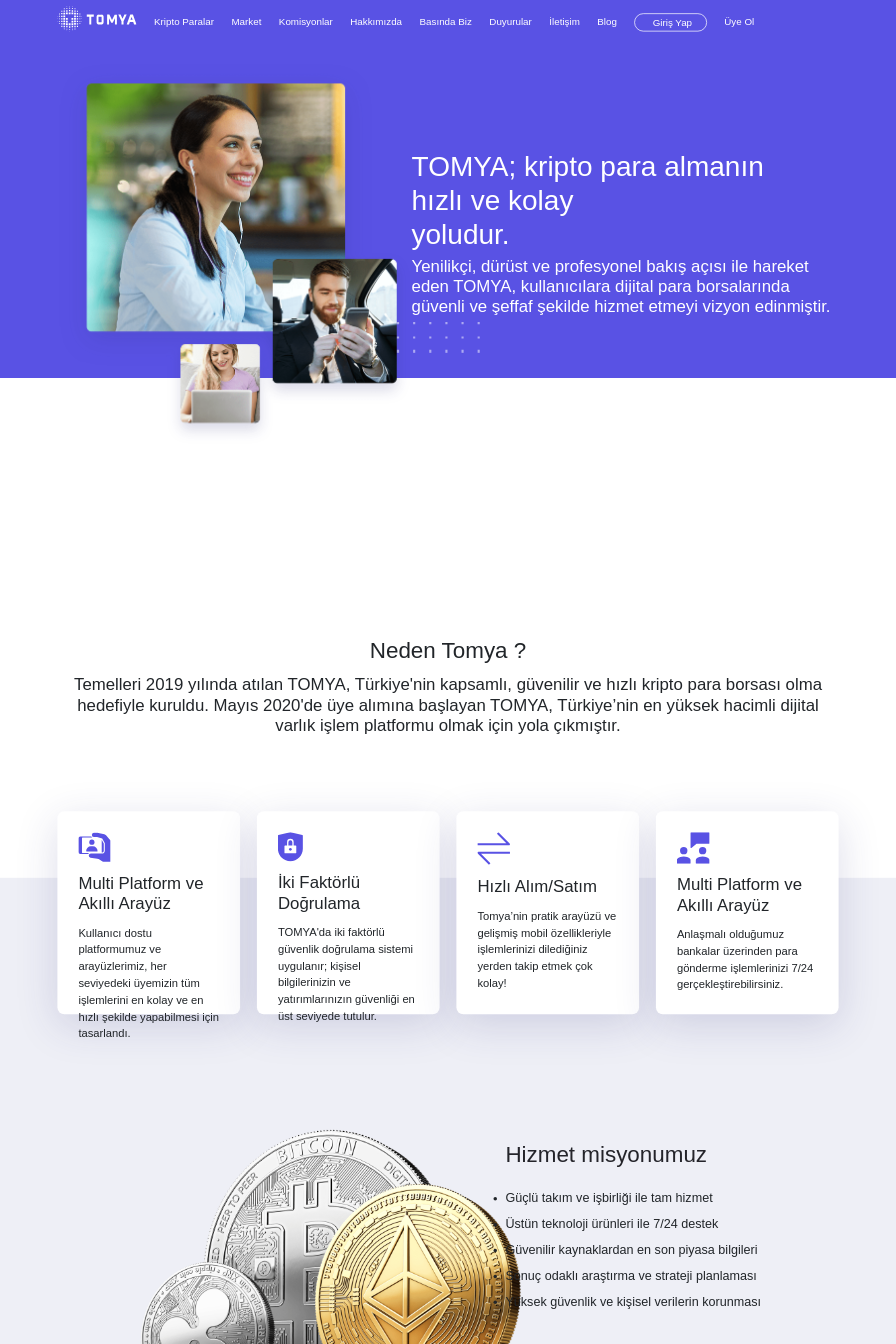
Repository: ezgibayrakli/TomyaProje
Page: index copy.html
These files come from the project's save history. The page is drawn as it stood at one moment and after the next save; the edit follows.
The browser window is 1280 px wide. The pictures show the part of the page from y = 0 to 1920 px (the page is 5181 px tall), at 70% of full size.
Some web fonts or font styles are not loaded; a fallback is used.

Above is the page before, as saved 2023-07-06 13:32:25.

### index copy.html
<!DOCTYPE html>
<html lang="en">
<head>
    <meta charset="UTF-8">
    <meta name="viewport" content="width=device-width, initial-scale=1.0">
    <!-- BOOTSTRAP -->
    <link href="https://cdn.jsdelivr.net/npm/bootstrap@5.1.3/dist/css/bootstrap.min.css" rel="stylesheet" integrity="sha384-1BmE4kWBq78iYhFldvKuhfTAU6auU8tT94WrHftjDbrCEXSU1oBoqyl2QvZ6jIW3" crossorigin="anonymous">
    <link rel="stylesheet" href="style.css">
    <title>Hakkımızda-Tomya</title>
</head>
<body>
    <!-- HEADER START -->
    <section id="header">
        <div class="header">
            <div class="container">
                <nav class="navbar navbar-expand-lg navbar-light">
                    <div class="header-logo">
                        <img src="photo/tomya-logo.svg" alt="">
                    </div>
                    <button class="navbar-toggler" type="button" data-toggle="collapse" data-target="#navbarNavDropdown" aria-controls="navbarNavDropdown" aria-expanded="false" aria-label="Toggle navigation">
                      <span class="navbar-toggler-icon"></span>
                    </button>
                    <div class="collapse navbar-collapse" id="navbarNavDropdown">
                        <ul class="main-menu-header navbar-nav">
                            <li><a href="#">Kripto Paralar</a></li>
                            <li><a href="#">Market</a></li>
                            <li><a href="#">Komisyonlar</a></li>
                            <li><a href="#">Hakkımızda</a></li>
                            <li><a href="#">Basında Biz</a></li>
                            <li><a href="#">Duyurular</a></li>
                            <li><a href="#">İletişim</a></li>
                            <li><a href="#">Blog</a></li>
                            <li class="enter"><a href="#">Giriş Yap</a></li>
                            <li><a href="#">Üye Ol</a></li>
                        </ul>
                    </div>
                  </nav>
                <div class="header-text">
                    <div class="header-about-img">
                        <span class="icons-header"></span>
                        <img src="photo/aboutus-banner.png" alt="">
                    </div>
                    <div class="header-about-text">
                        <h1>TOMYA; kripto para almanın <br> hızlı ve kolay <br> yoludur.</h1>
                        <h4>Yenilikçi, dürüst ve profesyonel bakış açısı ile hareket eden TOMYA, kullanıcılara dijital para borsalarında güvenli ve şeffaf şekilde hizmet etmeyi vizyon edinmiştir.</h4>
                    </div>

                </div>
                </div>
            </div>
        </div>
    </section>
    <!-- HEADER END -->

    <!-- MAIN MENU START -->
    <section id="mainmenu">
        <div class="main-menu">
            <div class="container">
              <h2 class="text-md-center mt-5">Neden Tomya ?</h2>
              <h4 class="text-md-center mt-3">Temelleri 2019 yılında atılan TOMYA, Türkiye'nin kapsamlı, güvenilir ve hızlı kripto para borsası olma hedefiyle kuruldu. Mayıs 2020'de üye alımına başlayan TOMYA, Türkiye’nin en yüksek hacimli dijital varlık işlem platformu olmak için yola çıkmıştır.</h4>
            <div class="row">
                <div class="col-sm-12 col-md-3">
                    <div class="box">
                        <img src="photo/ic-selfie.svg" alt="">
                        <div class="box-text">
                            <h4 class="mt-3">Multi Platform ve Akıllı Arayüz</h4>
                            <p class="mt-3">Kullanıcı dostu platformumuz ve arayüzlerimiz, her seviyedeki üyemizin tüm işlemlerini en kolay ve en hızlı şekilde yapabilmesi için tasarlandı.</p>
                        </div>
                    </div>
                </div>
                <div class="col-sm-12 col-md-3">
                    <div class="box">
                        <img src="photo/ic-privacy.svg" alt="">
                        <div class="box-text">
                            <h4 class="mt-3">İki Faktörlü Doğrulama</h4>
                            <p class="mt-3">TOMYA'da iki faktörlü güvenlik doğrulama sistemi uygulanır; kişisel bilgilerinizin ve yatırımlarınızın güvenliği en üst seviyede tutulur.</p>
                        </div>
                    </div>
                </div>
                <div class="col-sm-12 col-md-3">
                    <div class="box">
                        <img src="photo/ic-sellbuy.svg" alt="">
                        <div class="box-text">
                            <h4 class="mt-3">Hızlı Alım/Satım</h4>
                            <p class="mt-3">Tomya’nin pratik arayüzü ve gelişmiş mobil özellikleriyle işlemlerinizi dilediğiniz yerden takip etmek çok kolay!</p>
                        </div>
                    </div>
                </div>
                <div class="col-sm-12 col-md-3">
                    <div class="box">
                        <img src="photo/ic-support.svg" alt="">
                        <div class="box-text">
                            <h4 class="mt-3">Multi Platform ve Akıllı Arayüz</h4>
                            <p class="mt-3">Anlaşmalı olduğumuz bankalar üzerinden para gönderme işlemlerinizi 7/24 gerçekleştirebilirsiniz.</p>
                        </div>
                    </div>
                </div>
            </div>
            </div>
        </div>
        <div class="main-menu-two">
            <div class="container">
                <div class="row">
                    <div class="col-sm-12 col-md-6 coins">
                        <img src="photo/aboutus-coins.png" alt="">
                    </div>
                    <div class="col-sm-12 col-md-6 coins-text">
                        <h2 class="mt-3">Hizmet misyonumuz</h2>
                        <ul class="coins-text-ul">
                            <li>Güçlü takım ve işbirliği ile tam hizmet</li>
                            <li>Üstün teknoloji ürünleri ile 7/24 destek</li>
                            <li>Güvenilir kaynaklardan en son piyasa bilgileri</li>
                            <li>Sonuç odaklı araştırma ve strateji planlaması</li>
                            <li>Yüksek güvenlik ve kişisel verilerin korunması</li>
                        </ul>
                    </div>

                </div>
            </div>
        </div>
        <div class="main-menu-three">
            <div class="container">
                <h2 >İş Ortaklarımız</h2>
                <div class="row">
                        <div class="col-sm-12 col-md-6 bctr-img">
                            <img src="photo/BCTR-logo.png" alt="">
                        </div>
                        <div class="col-sm-12 col-md-6 mt-auto mb-auto ">
                            <p>Tomya Teknoloji A.Ş. olarak kripto ekosisteminde faaliyetlerimize hız kesmeden devam ediyoruz. Türkiye’de sürdürülebilir blockchain ekosistemi oluşturan, bu teknoloji ile yeni dönem iş yapış biçimlerinin önündeki zorlukların giderilmesine yönelik çalışmaları bulunan Blockchain Türkiye Platformu'na platin üye olduk.</p>
                        </div>
                </div>
            </div>
        </div>
        <div class="main-menu-four">
    <div class="container">
        <div class="row">
            <div class="col-sm-6">
                <h2>TOMYA'yı Sosyal Medyada Takip Edin</h2>
                <h3 class="mt-3">Dijital para borsalarındaki diğer yatırımcılarla bağlantı kurmak, promosyonlar hakkında bilgi almak ve yatırım stratejilerini tartışmak için TOMYA'yı sosyal medya üzerinden takip edebilirsiniz.</h3>
                <a href="#" ><img src="photo/followTwitter.svg" alt="" class="mt-5"></a>
            </div>
                <div class="col-sm-6 twitter-img">
                    <img  alt="img_twitter_social" src="photo/img_twitter_social.png">
                </div>
            </div>
    </div>
        </div>
        <div class="main-menu-five">
            <div class="container">
                <div class="box">
                    <div class="row">
                        <div class="col-md-4">
                            <h2>Basın Kiti</h2>
                        </div>
                        <div class="col-md-8">
                            <h3>Markamıza ait logomuzun medya kanallarında ya da farklı mecralarda en doğru şekilde kullanımı için basın materyallerini indirebilirsiniz.</h3>
                        </div>
                    </div>
                    <div class="row" style="height: 200px;margin-top: 45px;">
                        <div class="col-md-2 bg-white" style="margin-right:20px;border-radius: 10px;">
                            <h6 style="margin-top: 150px;text-align: center;">Logo Kullanımı</h6>
                        </div>
                        <div class="col bg-white" style="border-radius: 10px;">
                            <div class="row">
                                <div class="col-md-3">
                                    <h6 style="margin-top: 140px;text-align: center;">Renkli ve <br>
                                        Siyah/Beyaz kullanım</h6>
                                </div>
                                <div class="col-md-3">
                                    <h6 style="margin-top: 140px;text-align: center;">Logo baskı, web ve <br>
                                        HEX renk kodları</h6></div>
                                <div class="col-md-6">
                                <a href="#">
                                    <h6 class="btn-outline" style="margin-top: 140px;text-align: center;">
                                        Basın Kitini İndir
                                    </h6>
                                </a>
                                </div>
                        </div>

                    </div>
                </div>
            </div>
        </div>
    </section>
    <!-- MAIN MENU END -->

    <!-- FOOTER START -->
    <div class="footer">
        <div class="footer-one mt-5">
            <div class="container">
                <div class="wrap d-flex align-items-start flex-lg-row flex-column">
                    <h3>Avantajlı Kripto İşlemleri</h3>
                    <h5 class="w-100 ml-lg-3 mt-lg-0 ">TOMYA, müşterilerine güvenilir ve șeffaf hizmet anlayışının yanında düșük komisyon prensipleri de sunar. TOMYA ile dijital para borsalarındaki alım satım deneyiminizi en üst noktaya çıkarabilirsiniz.</h5>
                    <a href="#" class="btn mr-auto ml-auto  mr-lg-0 mt-lg-0 ">Hesap Oluştur</a>
                </div>
            </div>
        </div>
    <footer class="footer-two footer">
    <div class="container">
        <div class="row">
            <div class="col-md-2 items">
                <h6>Kurumsal</h6>
                <ul>
                    <li><a href="#">Kullanıcı Sözleşmesi</a></li>
                    <li><a href="#">Gizlilik ve Çerez Politikası</a></li>
                    <li><a href="#">Kişisel Verilerin Korunması</a></li>
                    <li><a href="#">Açık Rıza Ve Dijital İletişim İzni Beyanı</a></li>
                    <li><a href="#">Hakkımızda</a></li>
                    <li><a href="#">İletişim</a></li>
                </ul>
            </div>
            <div class="col-md-2 items">
                <h6>Kullanıcılar için</h6>
                <ul>
                    <li><a href="#">Blog</a></li>
                    <li><a href="#">Basında Biz</a></li>
                    <li><a href="#">Sıkça Sorulan Sorular</a></li>
                    <li><a href="#">Kripto Hesaplayıcı</a></li>
                    <li><a href="#">Kripto Sözlük</a></li>
                    <li><a href="#">Duyurular</a></li>
                    <li><a href="#">Limitler</a></li>
                    <li><a href="#">Para Yatırma ve Çekme Platformları</a></li>
                    <li><a href="#">Kara Para Aklamayı Önleme Politikası</a></li>
                    <li><a href="#">Müşterini Tanı (KYC) Politikası</a></li>

                </ul>
            </div>
            <div class="col-md-2 items">
                <h6>Kripto paralar</h6>
            <ul >
                    <li><a href="#">Bitcoin</a></li>
                    <li><a href="#">Ethereum</a></li>
                    <li><a  href="#">Ripple</a></li>
                    <li> <a  href="#">Litecoin</a></li>
                    <li><a  href="#">Tether</a></li>
                    <li> <a  href="#">Chainlink</a></li>
                    <li> <a  href="#">Polkadot</a></li>
                    <li> <a  href="#">Avalanche</a></li>
                    <li><a  href="#">Binance Coin</a></li>
                    <li>  <a  href="#">Pancakeswap</a></li>
                    <li> <a  href="#">Solana</a></li>
                    <li><a  href="#">NEAR Protocol</a></li>
                    <li> <a  href="#">ApeCoin</a></li>
                    <li><a  href="#">Uniswap</a></li>
                    <li><a  href="#">Fantom</a></li>
                    <li><a  href="#">Curve DAO</a></li>
                    <li> <a  href="#">Ethereum Classic</a></li>
            </ul>
            </div>
            <div class="col-md-2 items mt-4">
            <ul>
                <li><a href="#">Dogecoin</a></li>
                <li> <a href="#">Cardano</a></li>
                <li><a href="#">NEO</a></li>
                <li>  <a href="#">Chiliz</a></li>
                <li><a href="#">Holochain</a></li>
                <li> <a href="#">BitTorrent Chain</a></li>
                <li><a href="#">Decentraland</a></li>
                <li><a href="#">The Sandbox</a></li>
                <li> <a href="#">Shiba Inu</a></li>
                <li><a href="#">Polygon</a></li>
                <li> <a href="#">PAX Gold</a></li>
                <li> <a href="#">Cosmos</a></li>
                <li><a href="#">Enjin Coin</a></li>
                <li> <a href="#">VeChain</a></li>
                <li><a href="#">THORChain </a></li>
                <li> <a href="#">Oasis Network</a></li>

            </ul>
            </div>
            <div class="col-md-2 items">
                <h6>Rehber</h6>
                <ul>
                <li>  <a href="#">Bitcoin al</a></li>
                <li><a href="#">Ethereum al</a></li>
                <li> <a href="#">Ripple al</a></li>
                <li><a href="#">Litecoin al</a></li>
                <li> <a href="#">Tether al</a></li>
                <li> <a href="#">Chainlink al</a></li>
                <li><a href="#">Polkadot al</a></li>
                <li><a href="#">Avalanche al</a></li>
                <li> <a href="#">Binance Coin al</a></li>
                <li> <a href="#">Pancakeswap al</a></li>
                <li><a href="#">Solana al</a></li>
                <li><a href="#">NEAR Protocol al</a></li>
                <li><a href="#">ApeCoin al</a></li>
                <li> <a href="#">Uniswap al</a></li>
                <li>  <a href="#">Fantom al</a></li>
                <li><a href="#">Curve DAO al</a></li>
                <li><a href="#">Ethereum Classic al</a></li>

            </ul>
            </div>
            <div class="col-md-2 items mt-4">
            <ul>
                <li>   <a href="#">Dogecoin al</a></li>
                <li> <a href="#">Cardano al</a></li>
                <li><a href="#">NEO al</a></li>
                <li><a href="#">Chiliz al</a></li>
                <li><a href="#">Holochain al</a></li>
                <li> <a href="#">BitTorrent Chain al</a></li>
                <li> <a href="#">Decentraland al</a></li>
                <li><a href="#">The Sandbox al</a></li>
                <li><a href="#">Shiba Inu al</a></li>
                <li><a href="#">Polygon al</a></li>
                <li><a href="#">PAX Gold al</a></li>
                <li> <a href="#">Cosmos al</a></li>
                <li> <a href="#">Enjin Coin al</a></li>
                <li><a href="#">VeChain al</a></li>
                <li><a href="#">THORChain al</a></li>
                <li><a href="#">Oasis Network al</a></li>

            </ul>
            </div>
        </div>
        <hr class="mt-5" style="color: gray;">
      <div class=" pt-5 d-flex justify-content-lg-between flex-lg-row flex-column align-items-lg-center">
            <div>
            <h6 >TOMYA TEKNOLOJİ A.Ş. <br>Maslak Mah. Saat Sok. Spine Tower No: 5/10, <br>Sarıyer / İstanbul </h6>
            <br><h6 >Tel: 0(212) 807 10 71(72-73)</h6>
        </div>
        <div>
        <div class="social d-flex justify-content-lg-end mt-lg-0 mt-5">
            <a class="mr-4" href="https://www.facebook.com/tomya.com" target="_blank"><img  alt="facebook-ikon" src="photo/ic-fb.svg"></a>
            <a class="mr-4" href="https://twitter.com/tomyacom" target="_blank"><img  alt="twitter-ikon" src="photo/ic-tw.svg"></a>
            <a class="mr-4" href="https://www.instagram.com/tomyacom/" target="_blank"><img alt="instagram-ikon" src="photo/ic-ins.svg"></a>
            <a class="mr-4" href="https://t.me/tomyacom" target="_blank"><img alt="telegram-ikon" src="photo/ic-telegram.svg"></a>
            <a class="mr-4" href="https://www.youtube.com/channel/UCSOpFT_5xJLvf6yfXIyxDlQ" target="_blank"><img alt="yt-ikon" src="photo/ic-yt-logo.svg"></a>
        </div>
        </div>
       </div>
       <div class="row">
        <h6 class="mt-5 mb-5 tomya-end">Tüm Hakları Saklıdır. © 2021 - TOMYA <br> TOMYA TEKNOLOJİ A.Ş. <br> Mersis No: 0850062440300001</h6>
       </div>
    </div>
       </footer>

    </div>
    <!-- FOOTER END -->

    <script src="tomya.js"></script>
    <script src="https://cdn.jsdelivr.net/npm/bootstrap@5.1.3/dist/js/bootstrap.bundle.min.js" integrity="sha384-ka7Sk0Gln4gmtz2MlQnikT1wXgYsOg+OMhuP+IlRH9sENBO0LRn5q+8nbTov4+1p" crossorigin="anonymous"></script>
    <!-- SAYFAMIZIN NETWORK KISMINDAN UYGULANIP UYGULANMADIGINI GORURUZ -->
</body>
</html>

### style.css
/* FONTS */
  @import url('https://fonts.googleapis.com/css2?family=Barlow+Condensed&family=Edu+NSW+ACT+Foundation&family=Fira+Sans&family=Quicksand:wght@300&family=Rajdhani:wght@300&family=Tinos:ital@1&display=swap');
  @import url('assets/fonts/GraphikRegular.ttf');
  @import url('assets/fonts/GraphikMedium.ttf');

/* TUM SITELER ICIN KULLANILAN SIFIRLAMA KODLAR */
*,
*::before,
*::after,
body{
    padding: 0;
    margin: 0;
    box-sizing: border-box;
    border: 0;
    font-family:Sans-Serif;

}

a,
a:link,
a:visited{
    text-decoration: none;
    outline: none;
    border: none;
}

ul,
li {
    list-style: none;
    margin: 0;
    padding: 0;
}

section,
span,
p {
    margin: 0;
    padding:0;
    outline: none;
    border: none;
}

/* HEADER */
.header{
    background-color: #5952e4;
    max-width: 100%;
    height: 75vh;
}
.header-navbar{
    display: flex;
    /* align-items: center; */
    justify-content: space-between;
    padding-top: 50px;
}
    .menu-items ul{
        align-items: center;
        justify-content: flex-end;
    }
    .main-menu-header{
        display: flex;
        padding-top: 10px;
    }
    .main-menu-header li > a {
        color: white;
        font-size: 14px;
        padding-left: 25px;
    }
    .enter{
        border: 1px solid;
        color:#fff;
        border-radius: 25px;
        padding-right: 20px;
        margin-left: 25px;
    }

/* HEADER TEXT */
.header-text{
    color: #fff;
    display: flex;
    align-items: center;
    justify-content:center;

}
.header-about-img img{
    width: 100%;
    height: 100%;
    margin:35px 0 35px 0;
}
.header-about-text{
    margin-bottom: 50px;
    position: relative;
}
.header-about-text::after{
    content: "";
    background: url(dots.svg);
    position: absolute;
    width: 120px;
    height: 44px;
    opacity: 0.5;
    left: -21px;

}
.icons-header{
    width: 1133px;
    height: 765px;
}


/* Main-Menu */
.main-menu{
    margin-top: 370px;
}
.box{
    background: #fff;
    margin-top: 100px;
    height: 290px;
    border-radius: 10px;
    padding: 30px;
    box-shadow:  0 15px 60px 0 rgba(50,46,127,.17);
}
.main-menu-two{
    background: #eeeff6;
    margin-top: -195px;
    padding-top: 360px;
}

/* Main-Menu-Two */
.coins img {
    width: 630px;
    margin-bottom: -75px;
    margin-left: 90px;
}
.coins-text h2{
    color: #24242a;
    padding-left: 70px;
}
.coins-text-ul{
    margin-top: 20px;
    padding-left: 70px;
}
.coins-text-ul li{
    list-style:disc;
    padding-top: 10px;
    font-size: 18px;

}

/* REFERANSLAR (Main-Menu-Three) */
.main-menu-three h2{
    text-align: center;
}
.main-menu-three .container{
    max-width: 1200px;
    margin-top: 150px;
    background: #fff;
    box-shadow: 0 15px 60px 0 rgba(50,46,127,.17);
    border-radius: 15px;
    padding: 30px;
}
.bctr-img img{
    display: block;
    margin-left: auto;
    margin-right: auto;
    width: 50%;
}


/* Main-Menu-Four */
.main-menu-four{
    padding-top: 215px;

}
.main-menu-four .container{
    max-width: 1200px;

}
.main-menu-four .container h4{
    padding:15px 0 25px 0;
}
.container .twitter-img img{
    width: 100%;
    display: block;
    margin-left: auto;
    margin-right: auto;

}
.btn-outline{
  background-color: #fff;
  border-radius: 25px;
  color: #5952e4;
  border: 1px solid #5952e4;
  text-align: center;
}

/* Main-Menu-Five */

.main-menu-five .container{
    padding-top: 120px;

}
.main-menu-five .container .box{
    background: #eeeff6;
    border-radius: 10px;
    padding: 100px 150px 120px;
    height: 500px;
    position: relative;
}
.row.kit{
    margin-top: 70px;
    position: absolute;
    margin:50px 200px;
}
.kit-left{
    background-color: #fff;
    margin-right: 15px;
    height: 200px;
    border-radius: 10px;
    padding: 13px 50px;
    font-size: 10px;

}
.kit-right{
    background-color: #fff;
    border-radius: 10px;
    height: 200px;
    padding: 13px 50px;

}
.kit-right h6{
padding: 20px;
}

/* FOOTER */
.footer{
    margin-top: 2.5rem;
    background-color:#131416;
}
.footer-one{

    position: relative;
    z-index: 2;
    background-color: #131416;
}
.footer-one .container {
    background: #eeeff6;
    border-radius: 15px;
    padding: 50px;
}
.btn{
    color: #fff;
    background-color: #5952e4;
    border-color: #5952e4;
    min-width: 190px;
    border-radius: 35px;
    line-height: 30px;
}
.btn:hover{
    color: #fff;
}
.footer-two h6{
    color: #fff;

}
div.items ul > li{
    padding-top: 10px;
}
div.items ul > li > a {
    color:rgba(238,239,246,.5);
    padding-top: 15px;
}
.social > a{
    padding-right: 17px;
    transition: .4s;
}
.tomya-end  {
    color: rgba(238,239,246,.5) !important;
    font-size: 12px;
    line-height: 18px;
}


/* .box {
    background: #eeeff6;
    border-radius: 10px;
    padding: 40px 150px 120px;
}

.box .logoguide {
    border-radius: 5px;
    width: 250px;
    height: 270px;
    background: #fff;
    padding: 32px 38px;
}
.box .mediakit {
    border-radius: 5px;
    width: 100%;
    padding: 39px 47px 30px 62px;
    background: #fff;
    height: 270px;
    position: relative;
} */

Loaded but not shown: tomya.js (no copy from this time; the picture is the same without it)

After the next save:
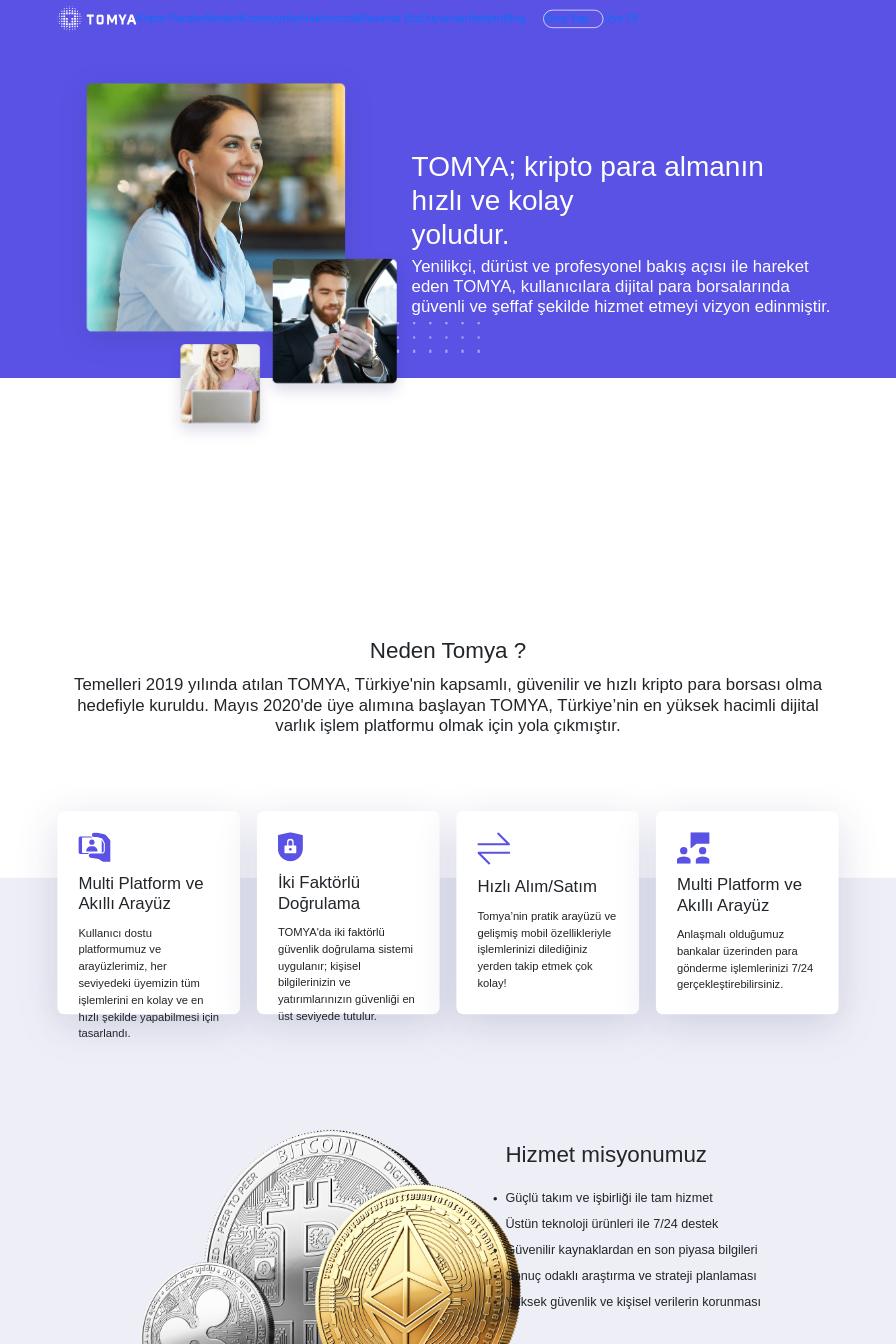
Saved 29 s later.
--- a/index copy.html
+++ b/index copy.html
@@ -21,7 +21,7 @@
                       <span class="navbar-toggler-icon"></span>
                     </button>
                     <div class="collapse navbar-collapse" id="navbarNavDropdown">
-                        <ul class="main-menu-header navbar-nav">
+                        <ul class=" navbar-nav">
                             <li><a href="#">Kripto Paralar</a></li>
                             <li><a href="#">Market</a></li>
                             <li><a href="#">Komisyonlar</a></li>
